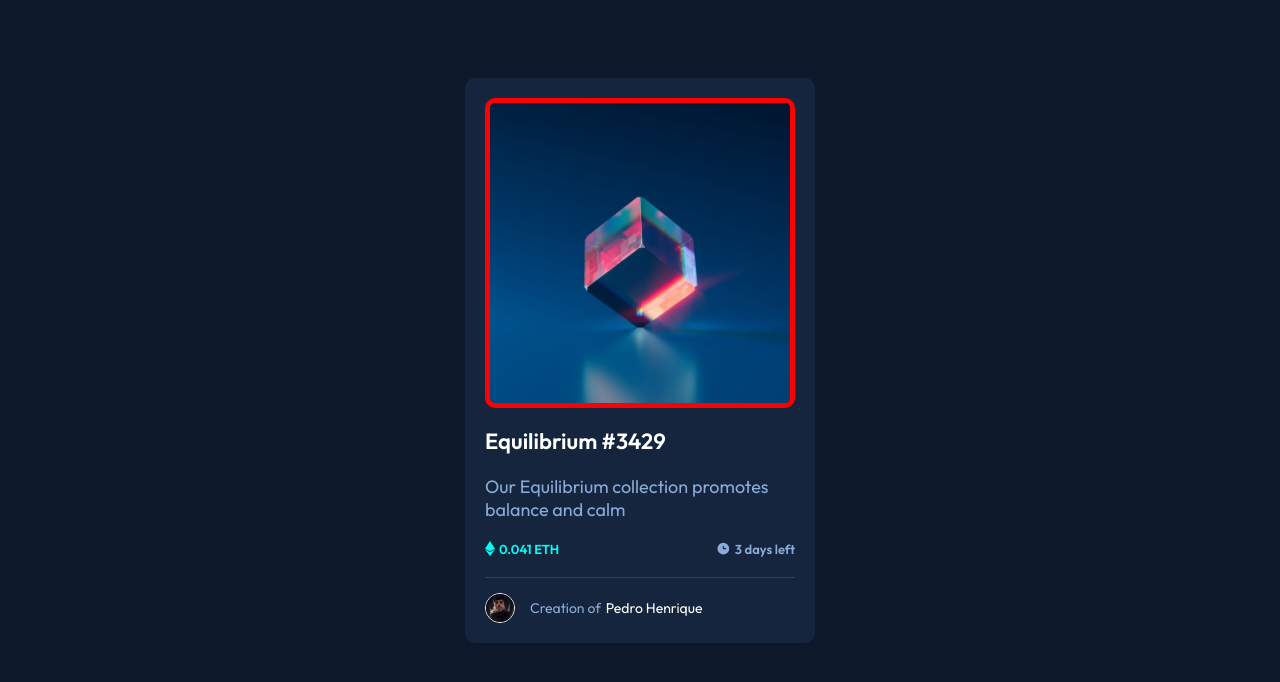
Repository: PedroHEAA/nft
Page: index.html
The author's editor kept a copy of each file at every save. The page is drawn from the files as they stood at one save, then again after a run of saves.
The browser window is 1280 px wide. The pictures show the whole page.

Above is the page before, as saved 2022-11-05 20:14:13.

### index.html
<!DOCTYPE html>
<html lang="en">

<head>
    <meta charset="UTF-8">
    <meta http-equiv="X-UA-Compatible" content="IE=edge">
    <meta name="viewport" content="width=device-width, initial-scale=1.0">
    <meta name="description"
        content="Esse é um projeto do front end mentor, para eu desenvolver habilidades técnicas para ficar cada dia melhor">
    <link rel="stylesheet" href="src/css/reset.css">
    <link rel="stylesheet" href="src/css/variables.css">
    <link rel="stylesheet" href="src/css/style.css">
    <link rel="shortcut icon" href="src/images/favicon-32x32.png" type="image/x-icon">
    <title>NFT - preview card component</title>
</head>

<body>
    <main class="container">
        <div class="card">

            <a class="image-link" href="#">
                <img src="src/images/image-equilibrium.jpg" alt="Equilibrium NFT image">
            </a>
            <div class="alinhar">
            <div class="card-information">
                <a href="#">
                    <h2 class="title">Equilibrium #3429</h2>
                </a>

                <p class="card-description">Our Equilibrium collection promotes balance and calm</p>
            </div>

            <div class="info-element">
                <p class="angle"> <img src="src/images/icon-ethereum.svg" alt="" width="10px" height="15px"> 0.041 ETH</p>
                <p class="days-left"> <img src="src/images/icon-clock.svg" alt="" width="15px" height="15px"> 3 days left</p>
            </div>

            <div class="creator">
                <img src="src/images/WhatsApp Image 2022-10-10 at 16.39.07.jpeg" alt="NFT creator" width="30px">
                <p> Creation of <a class="creator-link" href="#"> Pedro Henrique</a></p>
            </div>
        </div>
        </div>
    </main>
</body>

</html>

### src/css/reset.css
*{
    margin: 0;
    padding: 0;
    box-sizing: border-box;
}

a{
    text-decoration: none;
    color: var(--white);
}

### src/css/variables.css
:root{
    --main-color: hsl(217, 54%, 11%);
    --card-color: hsl(216, 50%, 16%);
    --line-color: hsl(215, 32%, 27%);
    --white: hsl(0, 0%, 100%);
    --angle-color: hsl(178, 100%, 50%);
    --secondary-color: hsl(215, 51%, 70%);
}

### src/css/style.css
@import url('https://fonts.googleapis.com/css2?family=Outfit:wght@300;400;600&display=swap');

body{
    font-family: 'Outfit', sans-serif;
    background-color: var(--main-color);
}

.container{
    max-width: 100vw;
    height: 100vh;
    display: flex;
    justify-content: center;
    align-items: center;

}

.card{
    background-color: var(--card-color);
    max-width: 350px;
    border-radius: 10px;
    display: flex;
    flex-direction: column;
    align-items: center;
    padding: 20px;
}

.card .title{
    font-size: 22px;
    justify-content: flex-start;
    margin-top: 15px;

}

.card .title:hover{
    cursor: pointer;
    color: var(--angle-color);
}

.card .card-description{
    color: var(--secondary-color);
    font-size: 18px;
    margin-top: 20px;
}

.card a img{
    width: 100%;
    border-radius: 10px;
    border: 5px solid red;
}

.card .image-link{
    position: relative;
}

.card .image-link::before{
    display: none;
    content: '';
    background-color: var(--angle-color);
    width: 100%;
    height: 100%;
    position: absolute;
    opacity: 0.4;
    border-radius: 10px;
}

.info-element{
    display: flex;
    justify-content: space-between;
    gap: 100px;
    font-size: 13px;
    font-weight: 600;
    margin-top: 20px;
    margin-bottom: 20px;
}

.info-element .angle{
    color: var(--angle-color);
    display: flex;
    gap: 4px;
}

.info-element .days-left{
    color: var(--secondary-color);
    display: flex;
    gap: 4px;
}

.card .creator{
    display: flex;
    align-items: center;
    gap: 15px;
    border-top: 1px solid var(--line-color);
    padding-top: 15px;
}

.card .creator img{
    border-radius: 50px;
    border: 1px solid white;
}

.card .creator p{
    display: flex;
    font-size: 14px;
    gap: 5px;
    color: var(--secondary-color);
}

.card .creator .creator-link{
    color: var(--white);

}

.card .creator .creator-link:hover{
    color: var(--angle-color);
}

After the next 2 saves:
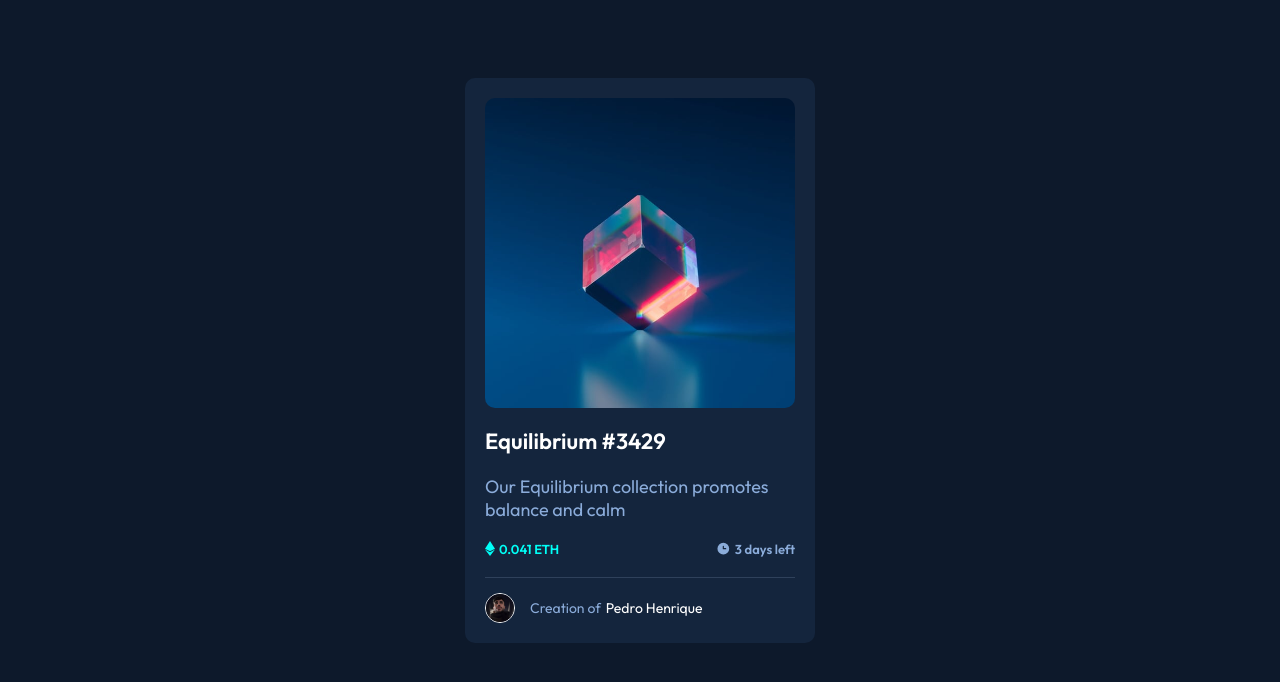
The 2 saves are shown as one change because they came seconds apart.
The last was saved 13 s later.
--- a/src/css/style.css
+++ b/src/css/style.css
@@ -45,7 +45,6 @@
 .card a img{
     width: 100%;
     border-radius: 10px;
-    border: 5px solid red;
 }
 
 .card .image-link{
